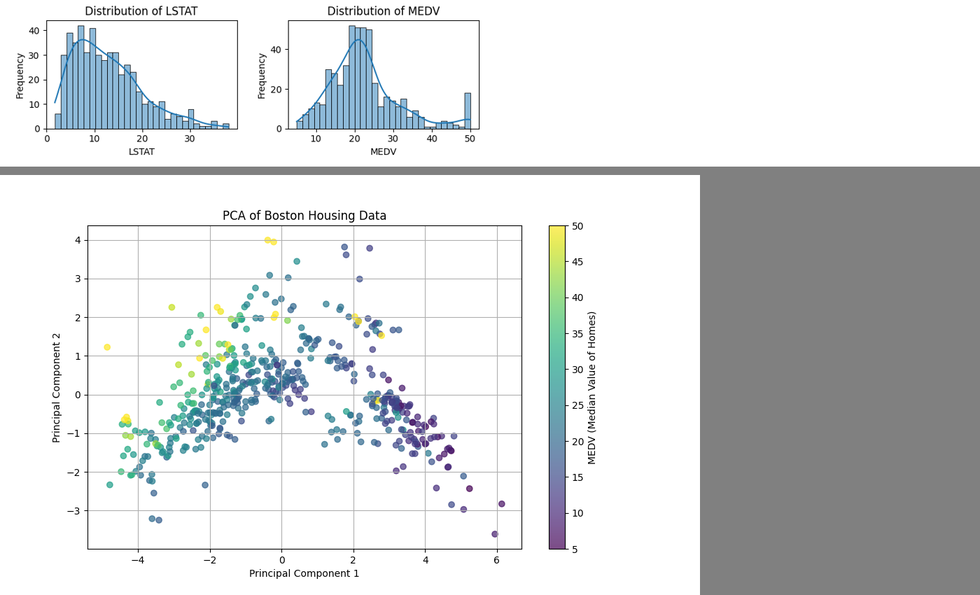
Repository: sjetti5555/GenAi
Script's output: python Training/AllDomains/BostonHouse.py
These files come from the project's save history. The script's output is drawn as it stood at one moment and after the next save; the edit follows.
The pictures show rows 1640 to 3400 of an output 2490 px tall, at 70% of full size.
Each picture stacks the figures in order, with grey between them; figures that are only written to a file come last. Figures wider than 1,400 px are first shrunk to that width. Random numbers start from a fixed seed.

Above is the script's output before, as saved 2024-10-31 12:51:25.

After the next save:
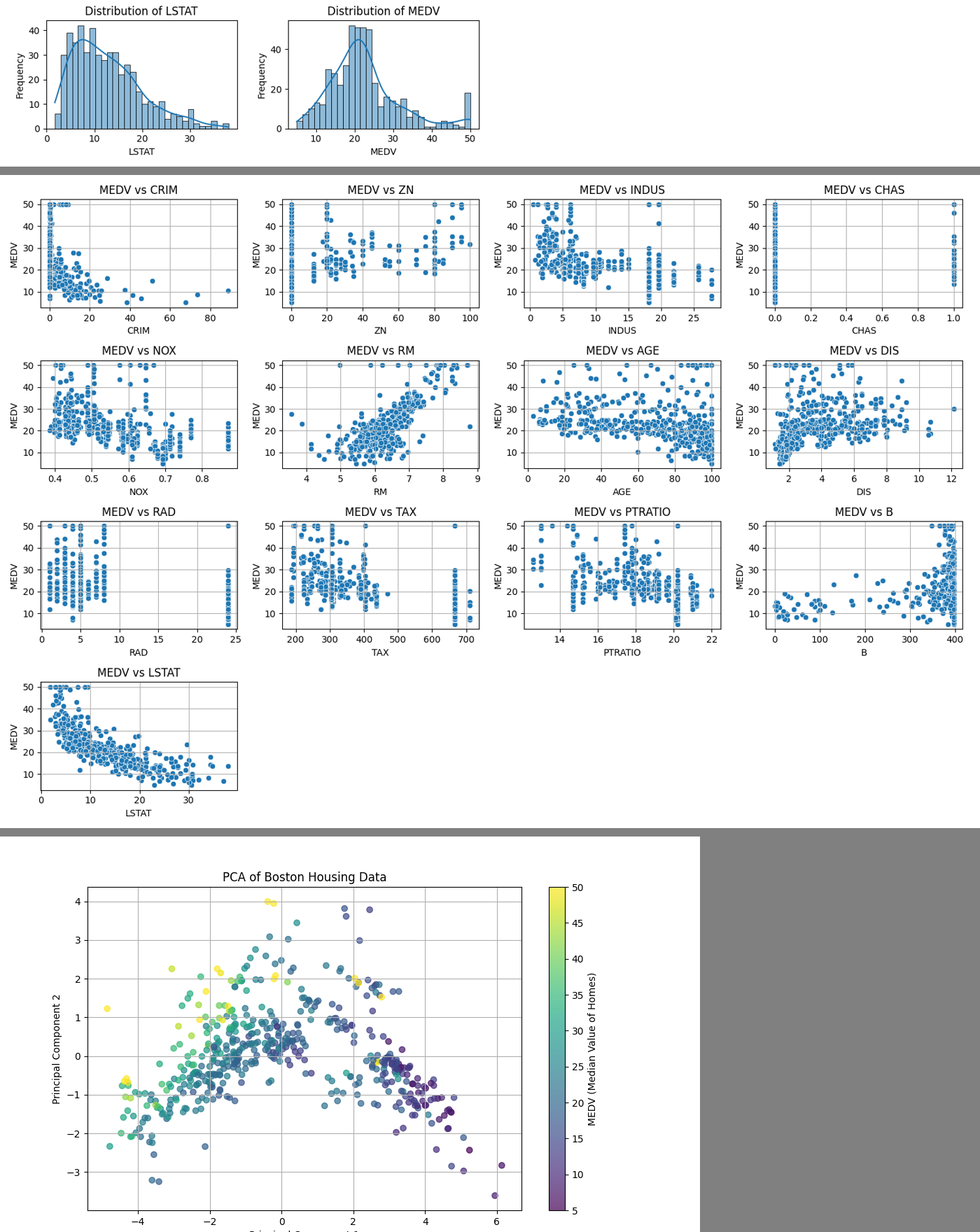
Saved 8 min 3 s later.
--- a/Training/AllDomains/BostonHouse.py
+++ b/Training/AllDomains/BostonHouse.py
@@ -60,6 +60,19 @@ for i, column in enumerate(numeric_columns, 1):
 plt.tight_layout()
 plt.show()
 
+# Scatter plots of MEDV vs. all other features
+plt.figure(figsize=(15, 10))
+for i, column in enumerate(numeric_columns[:-1], 1):  # Exclude 'MEDV' from the features
+    plt.subplot(4, 4, i)
+    sns.scatterplot(x=data[column], y=data['MEDV'])
+    plt.title(f'MEDV vs {column}')
+    plt.xlabel(column)
+    plt.ylabel('MEDV')
+    plt.grid()
+
+plt.tight_layout()
+plt.show()
+
 # Standardize the features
 scaler = StandardScaler()
 X_scaled = scaler.fit_transform(X)
@@ -78,7 +91,7 @@ scatter = plt.scatter(data=pca_df, x='PC1', y='PC2', c=pca_df['MEDV'], cmap='vir
 plt.title('PCA of Boston Housing Data')
 plt.xlabel('Principal Component 1')
 plt.ylabel('Principal Component 2')
-plt.colorbar(scatter, label='MEDV (Median Value of Homes)')
+plt.colorbar(scatter, label='MEDV (Median Value of Homes)')  # Use the scatter object for the colorbar
 plt.grid()
 plt.show()
 
